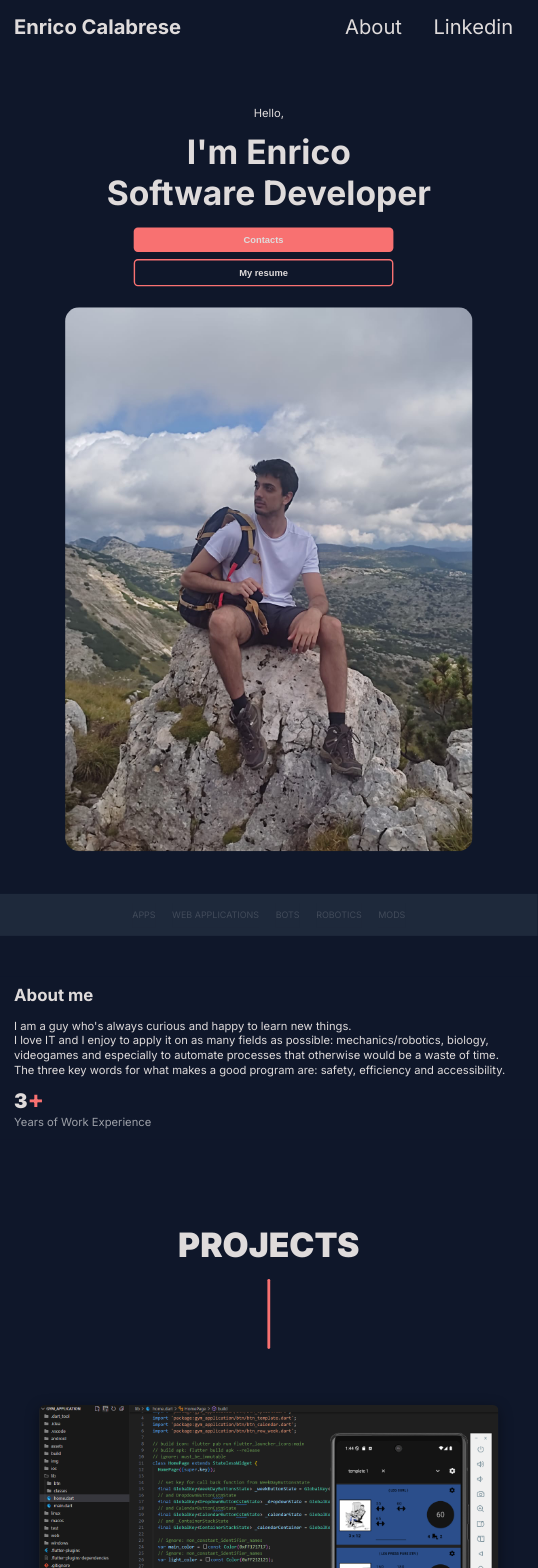
Repository: EnricoCalabrese/EnricoCalabrese.github.io
Page: index.html
The author's editor kept a copy of each file at every save. The page is drawn from the files as they stood at one save, then again after the next save.
The browser window is 768 px wide. The pictures show the part of the page from y = 0 to 2240 px (the page is 6134 px tall before and 6115 px after), at 70% of full size.

Above is the page before, as saved 2025-07-26 09:23:51.

### index.html
<!DOCTYPE html>
<html lang="en">
<!DOCTYPE html>
<html lang="en">
<head>
  <meta charset="UTF-8" />
  <meta name="viewport" content="width=device-width, initial-scale=1.0" />
  <title>EC - Developer portfolio</title>
  <link href="https://fonts.googleapis.com/css2?family=Inter:wght@400;700;900&display=swap" rel="stylesheet">
  <style>
    * {
      box-sizing: border-box;
    }

    :root {
      --color-bg: #0f172a;
      --color-bg-alt: #1e293b;
      --color-primary: #f87171;
      --color-white: #dfdbdb;
      --color-white-transparent: rgba(255, 255, 255, 0.158);
      --color-white-semi: rgba(255, 255, 255, 0.589);

      --font-family: 'Inter', sans-serif;

      --space-xs: 10px;
      --space-sm: 15px;
      --space-md: 20px;
      --space-lg: 60px;
      --space-xl: 80px;

      --font-lg: 1.8rem;
      --font-xl: 3rem;
      --font-xxl: 35px;

      --radius-sm: 6px;
      --radius-md: 8px;
      --radius-lg: 20px;
    }

    body {
      margin: 0;
      font-family: var(--font-family);
      background-color: var(--color-bg);
      color: var(--color-white);
      word-wrap: break-word;
    }

    header, section {
      padding: var(--space-lg) var(--space-md);
      max-width: 1200px;
      margin: auto;
    }

    nav {
      display: flex;
      justify-content: space-between;
      align-items: center;
      padding: var(--space-md);
    }

    nav a {
      color: var(--color-white);
      margin: 0 var(--space-sm);
      text-decoration: none;
    }

    .header {
      display: flex;
      flex-wrap: wrap;
      align-items: center;
      justify-content: space-between;
    }

    .header-text {
      max-width: 500px;
    }

    .header-text h1 {
      font-size: var(--font-xl);
      margin: 0;
    }

    .buttons {
      margin-top: var(--space-md);
    }

    .buttons button {
      margin-right: var(--space-sm);
      padding: var(--space-xs) var(--space-md);
      border: none;
      border-radius: var(--radius-sm);
      cursor: pointer;
      font-weight: bold;
    }

    .btn-primary {
      background-color: var(--color-primary);
      color: var(--color-white);
    }

    .btn-primary:hover {
      color: var(--color-bg);
    }

    .btn-secondary {
      background-color: transparent;
      border: 2px solid var(--color-primary) !important;
      color: var(--color-white);
    }

    .btn-secondary:hover {
      color: var(--color-primary);
    }

    .page {
      display: none;
      position: fixed;
      z-index: 1000;
      left: 0;
      top: 0;
      width: 100%;
      height: 100%;
      overflow: auto;
      background-color: rgba(15, 23, 42, 0.9);
      font-family: var(--font-family);
    }

    .page-content {
      background-color: var(--color-bg-alt);
      margin: 10% auto;
      padding: var(--space-md);
      border-radius: var(--radius-lg);
      max-width: 400px;
      color: var(--color-white);
      box-shadow: 0 5px 20px rgba(0,0,0,0.6);
      text-align: center;
      position: relative;
    }

    .close-btn {
      color: var(--color-white);
      position: absolute;
      right: 15px;
      top: 10px;
      font-size: 28px;
      font-weight: bold;
      cursor: pointer;
    }

    .close-btn:hover {
      color: var(--color-primary);
    }

    .email-wrapper {
      margin-top: var(--space-md);
      display: flex;
      justify-content: center;
      gap: var(--space-xs);
    }

    .email-wrapper input {
      flex: 1;
      padding: var(--space-xs);
      border-radius: var(--radius-sm);
      border: none;
      background-color: var(--color-bg);
      color: var(--color-white);
      font-weight: bold;
      font-size: 1rem;
    }

    .email-wrapper button {
      background-color: var(--color-primary);
      border: none;
      border-radius: var(--radius-sm);
      color: var(--color-bg);
      cursor: pointer;
      font-weight: bold;
      padding: var(--space-xs) var(--space-md);
      transition: background-color 0.3s ease;
    }

    .email-wrapper button:hover {
      background-color: #ef4444;
    }

    .profile-img {
      width: 300px;
      border-radius: var(--radius-lg);
    }

    .skills-wrapper {
      position: relative;
      padding: var(--space-lg) 0;
      background-color: var(--color-bg);
      margin-top: -3.5rem;
    }

    .skills-wrapper::before {
      content: "";
      position: absolute;
      top: 50%;
      width: 100%;
      height: 60px;
      background-color: var(--color-bg-alt);
      transform: translateY(-50%);
      z-index: 0;
    }

    .skills {
      position: relative;
      z-index: 1;
      text-align: center;
    }

    .skills a {
      text-decoration: none;
      color: var(--color-white-transparent);
      background-color: var(--color-bg-alt);
      padding: var(--space-xs) 5%;
      display: inline-block;
      margin: var(--space-xs);
      cursor: pointer;
      transition: color 0.3s ease;
    }

    .skills a:hover, .shortcuts a:hover {
      color: var(--color-primary);
    }

    .about {
      display: flex;
      flex-wrap: wrap;
      justify-content: space-between;
      align-items: center;
      padding: 0 var(--space-md);
      background-color: var(--color-bg);
      margin-top: -1%;
    }

    .about-text {
      flex: 0 0 50%;
      max-width: 600px;
    }

    .stat {
      flex: 0 0 50%;
    }

    .stat-number {
      font-size: var(--font-lg);
      font-weight: 900;
      color: var(--color-white);
      display: flex;
      align-items: baseline;
    }

    .stat-number .plus {
      color: var(--color-primary);
      font-size: var(--font-xxl);
      font-weight: 700;
      line-height: 1;
      margin-top: -2%;
    }

    .stat-text {
      color: var(--color-white-semi);
      margin-top: 2px;
    }

    .projects-section {
      padding: var(--space-xl) var(--space-md);
      text-align: center;
      position: relative;
    }

    .projects-title {
      font-size: var(--font-xl);
      color: var(--color-white);
      margin-bottom: var(--space-md);
      font-weight: 900;
    }

    .vertical-divider {
      width: 4px;
      height: 100px;
      background-color: var(--color-primary);
      margin: 0 auto var(--space-xl);
      border-radius: 2px;
    }

    .project-block {
      display: flex;
      align-items: center;
      justify-content: center;
      margin: var(--space-xl) auto;
      max-width: 900px;
      gap: var(--space-md);
      flex-wrap: wrap;
      flex-direction: row;
    }

    .project-img {
      width: 300px;
      border-radius: var(--radius-md);
      box-shadow: 0 5px 20px rgba(0,0,0,0.4);
    }

    .project-description {
      max-width: 400px;
      text-align: left;
    }

    .project-description h3 {
      font-size: var(--font-lg);
      color: var(--color-white);
      margin: 0 0 var(--space-xs);
    }

    .project-description p {
      color: var(--color-white-semi);
      line-height: 1.6;
    }

    .simple-text {
      line-height: 1.3;
    }

    footer {
      text-align: center;
      padding: var(--space-md);
      background-color: var(--color-bg-alt);
    }

    #image-container {
      display: block;
      position: fixed;
      z-index: 1500;
      left: 0;
      top: 0;
      width: 100%;
      height: 100%;
      background-color: rgba(15, 23, 42, 0.95);
      display: flex;
      justify-content: center;
      align-items: center;
      cursor: zoom-out;
    }

    #image-container .page-content {
      background: none;
      box-shadow: none;
      max-width: 90%;
      max-height: 90%;
      padding: 0;
      position: relative;
      display: flex;
      justify-content: center;
      align-items: center;
    }

    #image-container img {
      max-width: 100%;
      max-height: 100%;
      border-radius: var(--radius-lg);
      pointer-events: none;
    }

    #ref {
      display: block;
      position: relative;
      top: -80px;
      visibility: hidden;
      height: 0;
      width: 0;
      overflow: hidden;
    }

    /* mobile settings */
    @media (max-width: 768px) {
      nav {
        flex-wrap: wrap;
        gap: var(--space-sm);
        justify-content: space-between;
        font-size: var(--font-lg);
      }

      .shortcuts {
        display: flex;
        flex-wrap: wrap;
        gap: var(--space-sm);
        justify-content: flex-end;
      }

      .header {
        flex-direction: column;
        align-items: center;
        text-align: center;
      }

      .header-text {
        max-width: 100%;
      }

      .buttons {
        display: flex;
        flex-direction: column;
        align-items: center;
      }

      .buttons button {
        margin-bottom: var(--space-xs);
        width: 80%;
      }

      .profile-img {
        width: 80%;
        margin-top: var(--space-md);
      }

      .about {
        flex-direction: column;
        align-items: flex-start;
        gap: var(--space-md);
      }

      .about-text, .stat {
        flex: 1 1 100%;
        max-width: 100%;
      }

      .project-block {
        flex-direction: column !important;
        text-align: center;
      }

      .project-description {
        max-width: 100%;
      }

      .project-img {
        width: 90%;
      }

      .email-wrapper {
        flex-direction: column;
        gap: var(--space-xs);
      }

      .email-wrapper input,
      .email-wrapper button {
        width: 100%;
      }

      .skills {
        position: relative;
        z-index: 1;
        text-align: center;
        font-size: 80%;
      }

      .skills a {
        text-decoration: none;
        color: var(--color-white-transparent);
        background-color: var(--color-bg-alt);
        padding: var(--space-xs) 0;
        display: inline-block;
        cursor: pointer;
        transition: color 0.3s ease;
      }
    }
  </style>
</head>
<body>
  <nav>
    <div><strong>Enrico Calabrese</strong></div>
    <div class="shortcuts">
      <a href="#about" class="scroll-link">About</a>
      <a href="https://www.linkedin.com/in/enrico-calabrese-4961b4376/">Linkedin</a>
    </div>
  </nav>

  <header class="header">
    <div class="header-text">
      <p>Hello,</p>
      <h1>I'm Enrico<br><strong>Software Developer</strong></h1>
      <div class="buttons">
        <button class="btn-primary" id="contacts">Contacts</button>
        <button class="btn-secondary" id="myresume">My resume</button>
      </div>
    </div>
    <img src="source/profile.jpg" alt="photo" class="profile-img" onerror="this.style.display='none'">
  </header>

  <div id="contact-page" class="page">
    <div class="page-content">
      <span class="close-btn">&times;</span>
      <h2>Contact Me</h2>
      <p>Email:</p>
      <div class="email-wrapper">
        <input type="text" id="email" readonly value="enricocalabrese21@gmail.com" />
        <button id="copy-email">Copy</button>
      </div>
      <p id="copy-message" style="color: var(--color-primary); display: none;">Copied to clipboard!</p>
    </div>
  </div>

  <div class="skills-wrapper">
    <div class="skills">
      <a href="#app" class="scroll-link">APPS</a>
      <a href="#web" class="scroll-link">WEB APPLICATIONS</a>
      <a href="#bots" class="scroll-link">BOTS</a>
      <a href="#robots" class="scroll-link">ROBOTICS</a>
      <a href="#mods" class="scroll-link">MODS</a>
    </div>
  </div>
  <span id="ref"></span>

  <section id="about" class="about">
    <div class="about-text">
      <h2>About me</h2>
      <p class="simple-text">
        I am a guy who's always curious and happy to learn new things.<br>
        I love IT and I enjoy to apply it on as many fields as possible: mechanics/robotics, biology, videogames and especially to automate processes that otherwise would be a waste of time.<br>
        The three key words for what makes a good program are: safety, efficiency and accessibility.
      </p>
      <div class="stat">
        <div class="stat-number"><span class="plus">+</span></div>
        <p class="stat-text">Years of Work Experience</p>
      </div>
    </div>
  </section>

  <section class="projects-section">
    <h2 class="projects-title">PROJECTS</h2>
    <div class="vertical-divider"></div>

    <div class="project-block">
      <img src="source/project1.png" alt="Project 1" class="project-img" onerror="this.style.display='none'">
      <div class="project-description" id="app">
        <h3>APP MOBILE</h3>
        <p>In my daily life, I train regularly, and I've always had hard time with the apps available on the PlayStore.
          So, I decided to use my knowledge of Dart along with Flutter to develop my own Android app, allowing me to train more easily and comfortably.
            Dart is a programming language developed by Google for Android apps, and it's a valid alternative to C#, which can also be used in Android Studio
            and with which I've had the opportunity to work, for home-made projects, a few times.</p>
      </div>
    </div>
    <div class="vertical-divider"></div>

    <div class="project-block">
      <div class="project-description" id="web">
        <h3>WEB APPLICATIONS</h3>
        <p>The image on the side shows an example of an application I built using HTML, JavaScript, and CSS, all of which I learned on my own.
          It's a Chrome extension that I developed to make and receive API calls in order to compile a specific module directly from the browser on a website.
          It retrieves information from the current web page and uses it to populate the necessary fields for the module.</p>
      </div>
      <img src="source/project2.png" alt="Project 2" class="project-img" onerror="this.style.display='none'">
    </div>
    <div class="vertical-divider"></div>

    <div class="project-block">
      <img src="source/project3.png" alt="Project 3" class="project-img" onerror="this.style.display='none'">
      <div class="project-description" id="bots">
        <h3>PYTHON-BASED BOTS</h3>
        <p>Python is one of the best and most versatile programming languages available today, and it's excellent for creating bots.
          The image on the side shows a Discord bot I created. Discord is a free communication app used to chat and hang out with your favorite creators, communities, and friends.
            The bot I made to allows users, through simple commands in the chat, to play the game "Blood on the Clocktower" with others in a voice channel.
            This game is a more complex version of the famous game Werewolf (Italian: Lupus in Fabula).
            Using Python, I also created a Telegram bot in order to remotely manage a machine that I set up as a hosting server.
        </p>
      </div>
    </div>
    <div class="vertical-divider"></div>

    <div class="project-block">
      <div class="project-description" id="robots">
        <h3>ROBOTICS & AUTOMATION</h3>
        <p>Since high school, I've always had an interest in automation, and I find it super fun to animate robots and apply computer science to something that can moves.
          A few years ago, I took on the challenge of building a drone from scratch and programming it in C++. I developed calculation functions which, thanks to the input from various sensors,
          were able to determine the necessary speed for each individual motor to stabilize the drone through the appropriate output signals.
        </p>
      </div>
      <img src="source/project4.png" alt="Project 4" class="project-img" onerror="this.style.display='none'">
    </div>
    <div class="vertical-divider"></div>

    <div class="project-block">
      <img src="source/project5.png" alt="Project 5" class="project-img" onerror="this.style.display='none'">
      <div class="project-description" id="mods">
        <h3>VIDEOGAMES MODS</h3>
        <p>Programming a video game mod is a great way to develop both technical and creative skills. It allows you to improve your coding abilities, and understand the architecture of complex systems.
            Modding combines passion and practice, which is why I started programming, first with Java and later with .mcfunction, to create mods and datapacks for the game Minecraft.
        </p>
      </div>
    </div>
  </section>

  <div id="image-container" class="page">
    <div class="page-content">
      <img id="zoomed-img" src="" alt="zoomed" />
    </div>
  </div>

  <footer>
  </footer>

  <script>
    // manage image zoom
    const zoomed = document.getElementById('image-container');
    document.querySelectorAll('.project-img').forEach(img => {
      img.addEventListener('click', () => {
        document.getElementById('zoomed-img').src = img.src;
        zoomed.style.display = 'flex';
      });
    });

    zoomed.addEventListener('click', (e) => { // on click out of the page
      if (e.target === zoomed) {
        zoomed.style.display = 'none';
      }
    });

    window.onload = () => {
      zoomed.style.display = 'none';
    };

    // manage new window contacts
    const page = document.getElementById('contact-page');
    const emailInput = document.getElementById('email');
    const copyMessage = document.getElementById('copy-message');

    document.getElementById('contacts').addEventListener('click', () => {
      page.style.display = 'block';
      copyMessage.style.display = 'none';
    });

    page.querySelector('.close-btn').addEventListener('click', () => {
      page.style.display = 'none';
    });

    window.addEventListener('click', (e) => { // on click out of the page
      if (e.target === page) {
        page.style.display = 'none';
      }
    });

    document.getElementById('copy-email').addEventListener('click', () => {
      emailInput.select();
      emailInput.setSelectionRange(0, 99999);
      try {
        // use document.execCommand for broader browser support in iFrames
        const successful = document.execCommand('copy');
        if (successful) {
          copyMessage.style.display = 'block';
          setTimeout(() => copyMessage.style.display = 'none', 2000);
        }
      } catch (err) {
        console.error('Failed to copy email: ', err);
      }
    });

    // auto scroll the page to the top when open
    window.onbeforeunload = function () {
      window.scrollTo(0, 0);
    };

    // scroll page on center when click a link, normal href set the page on top
    document.querySelectorAll('.scroll-link').forEach(link => {
      link.addEventListener('click', function(e) {
        e.preventDefault();
        const targetId = this.getAttribute('href').substring(1);
        const targetElem = document.getElementById(targetId);
        if (targetElem) {
          const elemRect = targetElem.getBoundingClientRect();
          const maxElemTop = window.pageYOffset + elemRect.top;
          const middle = maxElemTop - (window.innerHeight / 2) + (elemRect.height / 2);

          window.scrollTo({
            top: middle,
            behavior: 'smooth'
          });
        }
      });
    });

    // setup experience years based on current year
    const statNum = document.querySelector('.stat-number');
    if (statNum) {
      const startDate = new Date('2021-09-27');
      const now = new Date();
      const diffYears = (now - startDate) / (1000 * 60 * 60 * 24 * 365.25);
      const roundedYears = Math.floor(diffYears);
      statNum.innerHTML = `${roundedYears}<span class="plus">+</span>`;
    }

    // link to resume when click "my resume" button
    document.getElementById('myresume').addEventListener('click', function () {
      const link = document.createElement('a');
      link.href = 'source/resume.pdf';
      link.download = 'Enrico-Calabrese-Resume.pdf';
      document.body.appendChild(link);
      link.click();
      document.body.removeChild(link);
    });
  </script>
</body>
</html>

After the next save:
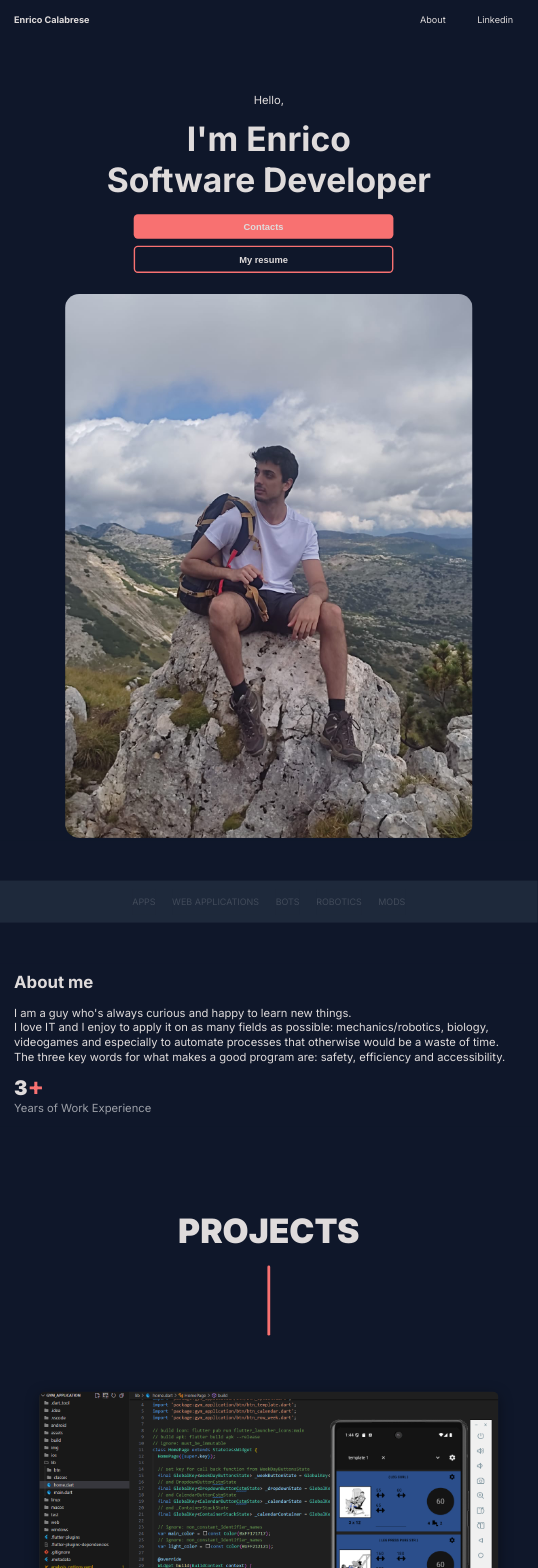
Saved 8 s later.
--- a/index.html
+++ b/index.html
@@ -382,7 +382,7 @@
         flex-wrap: wrap;
         gap: var(--space-sm);
         justify-content: space-between;
-        font-size: var(--font-lg);
+        font-size: small;
       }
 
       .shortcuts {
